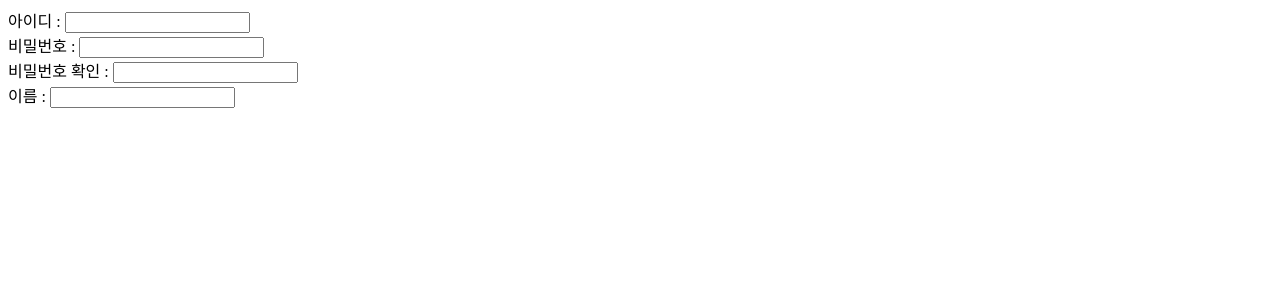
Repository: ih0615/NewJSP
Page: http://localhost/board/views/member/registerForm.jsp
An editor plug-in stored every save of this project. The page is shown before and after the next save, followed by the edit.
The browser window is 1280 px wide. The pictures show the whole page.
The page is served by Tomcat 9. Nobody is signed in. The application's start-up code is not run. Other server files are loaded and not shown.

Above is the page before, as saved 2020-11-20 03:03:42.

### board/WebContent/views/member/registerForm.jsp
<%@ page language="java" contentType="text/html; charset=UTF-8" pageEncoding="UTF-8"%>
<!DOCTYPE html>
<html>
<head>
<meta charset="UTF-8">
<title>회원가입</title>
</head>
<body>
	<form action="" method="post">
		<div>
			아이디 : <input type="text" />
		</div>
		<div>
			비밀번호 : <input type="password" />
		</div>
		<div>
			비밀번호 확인 : <input type="password" />
		</div>
		<div>
			이름 : <input type="text" />
		</div>
	</form>

</body>
</html>

After the next save:
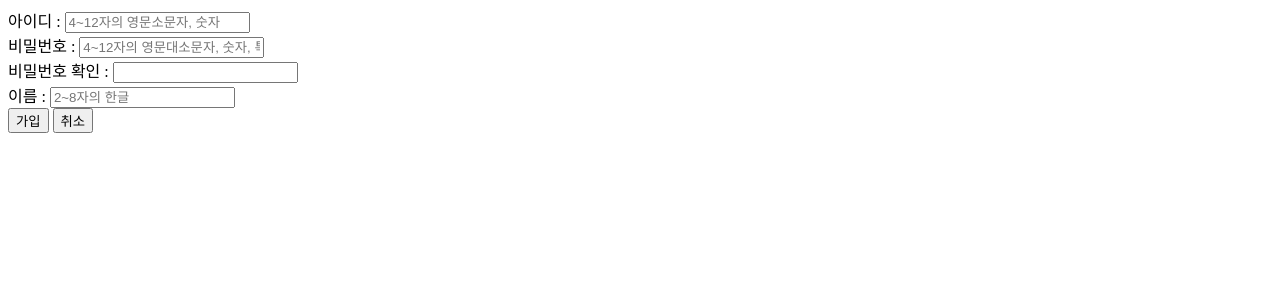
Saved 5 min 12 s later.
--- a/board/WebContent/views/member/registerForm.jsp
+++ b/board/WebContent/views/member/registerForm.jsp
@@ -8,18 +8,20 @@
 <body>
 	<form action="" method="post">
 		<div>
-			아이디 : <input type="text" />
+			아이디 : <input type="text" maxlength="12" placeholder="4~12자의 영문소문자, 숫자"/>
 		</div>
 		<div>
-			비밀번호 : <input type="password" />
+			비밀번호 : <input type="password" placeholder="4~12자의 영문대소문자, 숫자, 특수기호(!,@,#,$,%,^,&,*)"/>
 		</div>
 		<div>
 			비밀번호 확인 : <input type="password" />
 		</div>
 		<div>
-			이름 : <input type="text" />
+			이름 : <input type="text" maxlength="8" placeholder="2~8자의 한글"/>
 		</div>
 	</form>
+	<button>가입</button>
+	<button>취소</button>
 
 </body>
 </html>
